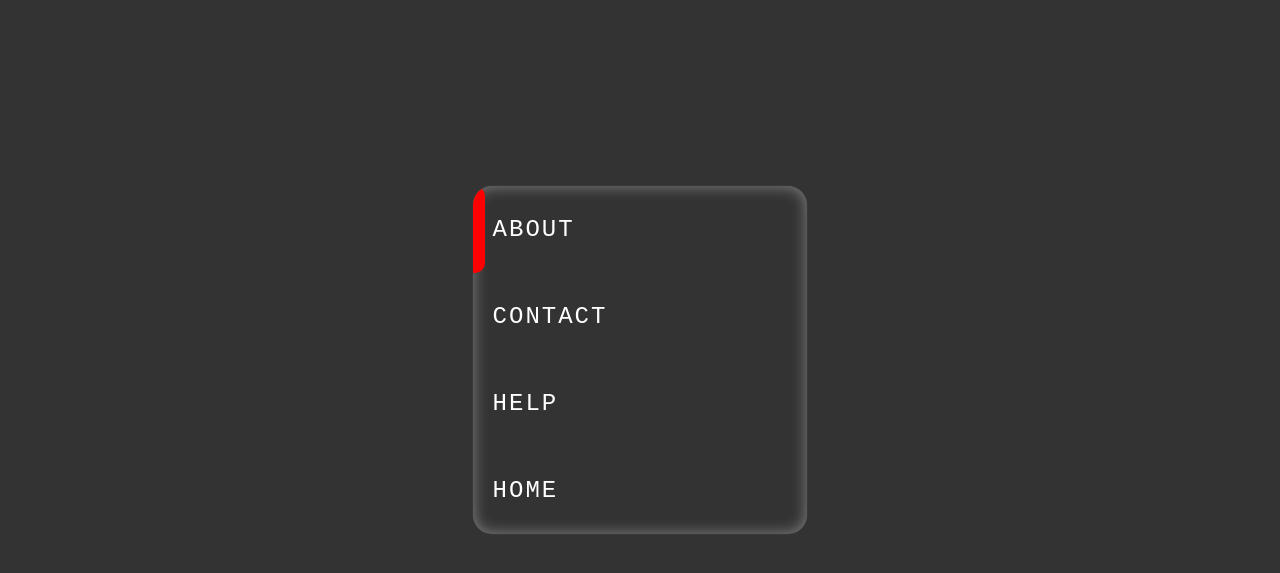
Repository: Rostyk-qq/Projects_Web
Page: menuRanLine/new.html
An editor plug-in stored every save of this project. The page is shown before and after a run of saves, followed by the edit.
The browser window is 1280 px wide. The pictures show the whole page.

Above is the page before, as saved 2023-09-30 14:24:28.

After the next 2 saves:
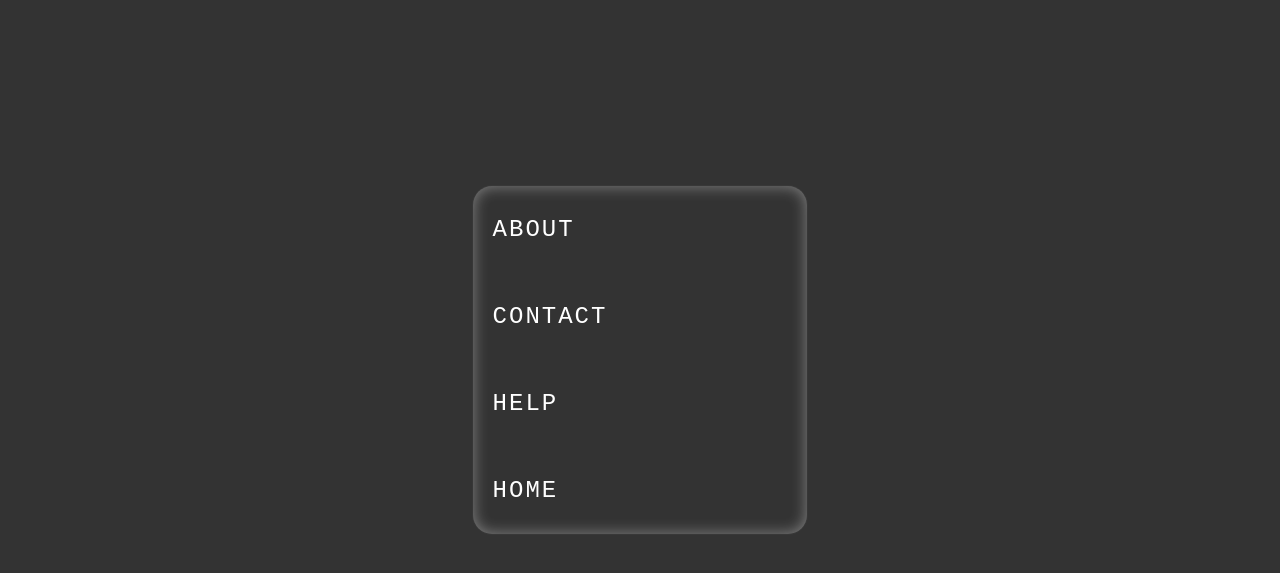
The 2 saves are shown as one change because they came seconds apart.
The last was saved 9 s later.
--- a/menuRanLine/new.css
+++ b/menuRanLine/new.css
@@ -55,7 +55,7 @@ body{
     left: 0;
     border-radius: 0px 10px 10px 0px;
     background-color: red;
-    tra
+    transform: translateX(-100%);
 }
 
 

After the 6 saves that followed:
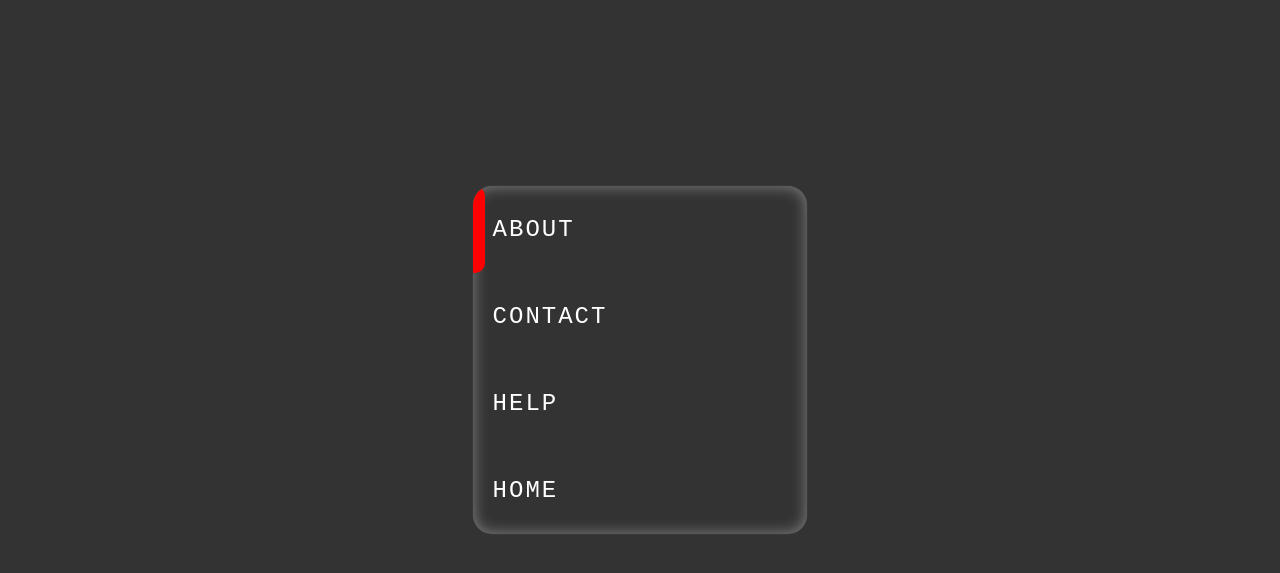
The 6 saves are shown as one change because 2 left the picture as it was and some came seconds apart.
The last was saved 20 s later.
--- a/menuRanLine/new.css
+++ b/menuRanLine/new.css
@@ -89,3 +89,6 @@ body{
 .loaded .menu__item:nth-child(4) .menu__link{
     transition: transform 1s ease;
 }
+.loaded .menu__line-container span{
+    transform: translateX(0);
+}
